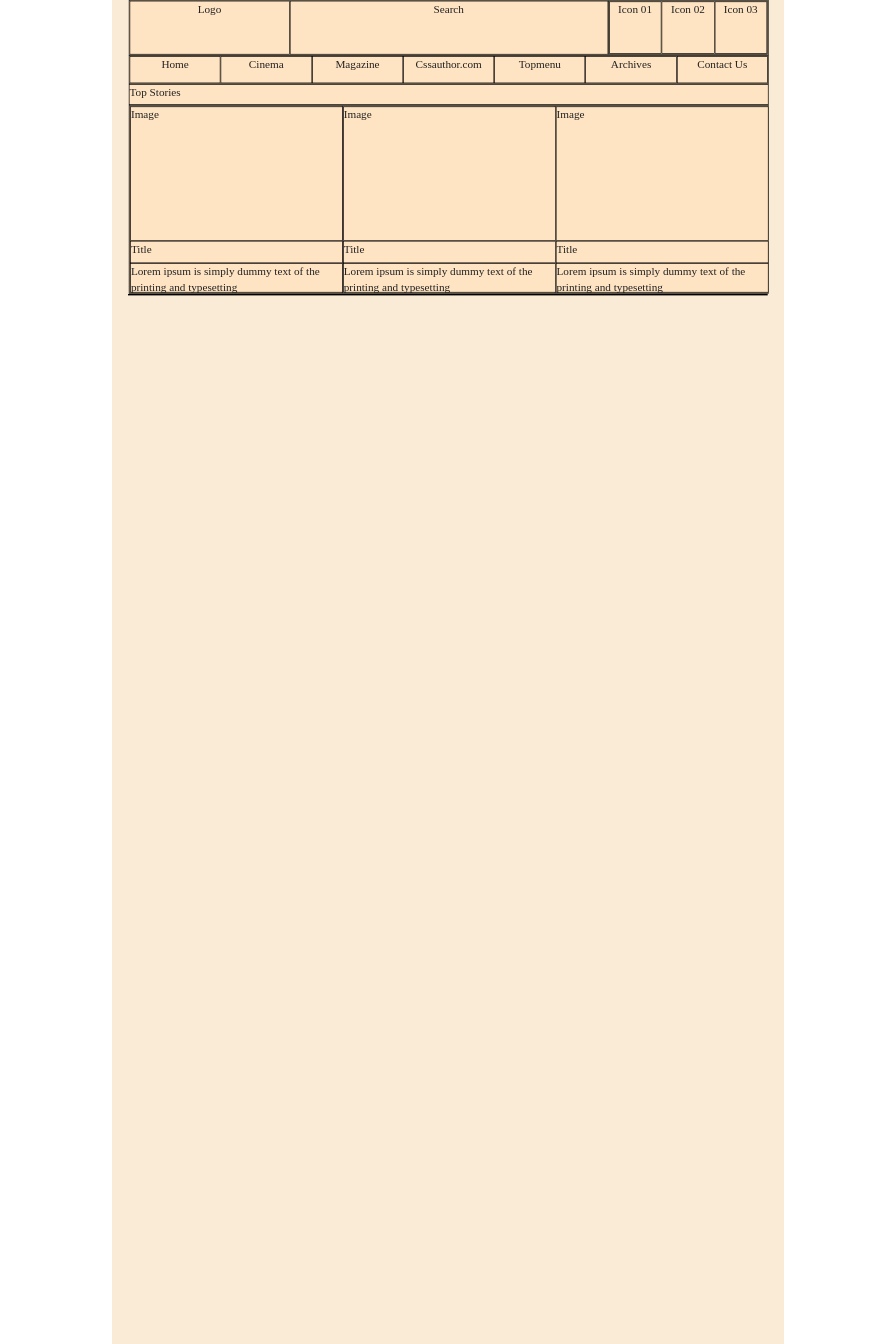
Repository: giovanabirck/cover-magazine-giovanabirck
Page: index.html
An editor plug-in stored every save of this project. The page is shown before and after a run of saves, followed by the edit.
The browser window is 1280 px wide. The pictures show the part of the page from y = 0 to 1920 px (the page is 5000 px tall), at 70% of full size.

Above is the page before, as saved 2023-01-14 11:05:02.

### index.html
<!doctype html>
<html class="no-js" lang="">

<head>
  <meta charset="utf-8">
  <title></title>
  <meta name="description" content="">
  <meta name="viewport" content="width=device-width, initial-scale=1">

  <meta property="og:title" content="">
  <meta property="og:type" content="">
  <meta property="og:url" content="">
  <meta property="og:image" content="">

  <link rel="manifest" href="site.webmanifest">
  <link rel="apple-touch-icon" href="icon.png">
  <!-- Place favicon.ico in the root directory -->

  <link rel="stylesheet" href="css/normalize.css">
  <link rel="stylesheet" href="css/main.css">

  <meta name="theme-color" content="#fafafa">
</head>

<body>

  <div class="main-container">

    <div class="header">
      <div class="header-content">
        <div class="header-content-logo">Logo</div>
        <div class="header-content-search">Search</div>
        <div class="header-content-icons">
          <div class="header-content-icons-un">Icon 01</div>
          <div class="header-content-icons-un">Icon 02</div>
          <div class="header-content-icons-un">Icon 03</div>
        </div>
      </div>
      <div class="header-menu">
        <div class="header-menu-un">Home</div>
        <div class="header-menu-un">Cinema</div>
        <div class="header-menu-un">Magazine</div>
        <div class="header-menu-un">Cssauthor.com</div>
        <div class="header-menu-un">Topmenu</div>
        <div class="header-menu-un">Archives</div>
        <div class="header-menu-un">Contact Us</div>
      </div>
    </div>

    <div class="featured">
      <div class="featured-h1">Top Stories</div>
      <div class="featured-stories">
        <div class="featured-stories-un">
          <div class="featured-stories-un-image">Image</div>
          <div class="featured-stories-un-title">Title</div>
          <div class="featured-stories-un-text">Lorem ipsum is simply dummy text of the printing and typesetting</div>
        </div>
        <div class="featured-stories-un">
          <div class="featured-stories-un-image">Image</div>
          <div class="featured-stories-un-title">Title</div>
          <div class="featured-stories-un-text">Lorem ipsum is simply dummy text of the printing and typesetting</div>
        </div>
        <div class="featured-stories-un">
          <div class="featured-stories-un-image">Image</div>
          <div class="featured-stories-un-title">Title</div>
          <div class="featured-stories-un-text">Lorem ipsum is simply dummy text of the printing and typesetting</div>
        </div>
      </div>
    </div>

    <div class="main">

    </div>



  </div>

  <script src="js/vendor/modernizr-3.11.2.min.js"></script>
  <script src="js/plugins.js"></script>
  <script src="js/main.js"></script>

  <!-- Google Analytics: change UA-XXXXX-Y to be your site's ID. -->
  <script>
    window.ga = function () { ga.q.push(arguments) }; ga.q = []; ga.l = +new Date;
    ga('create', 'UA-XXXXX-Y', 'auto'); ga('set', 'anonymizeIp', true); ga('set', 'transport', 'beacon'); ga('send', 'pageview')
  </script>
  <script src="https://www.google-analytics.com/analytics.js" async></script>
</body>

</html>

### css/main.css
/*! HTML5 Boilerplate v8.0.0 | MIT License | https://html5boilerplate.com/ */

/* main.css 2.1.0 | MIT License | https://github.com/h5bp/main.css#readme */
/*
 * What follows is the result of much research on cross-browser styling.
 * Credit left inline and big thanks to Nicolas Gallagher, Jonathan Neal,
 * Kroc Camen, and the H5BP dev community and team.
 */

/* ==========================================================================
   Base styles: opinionated defaults
   ========================================================================== */

html {
  color: #222;
  font-size: 1em;
  line-height: 1.4;
  margin: 0px 160px 0px 160px;
}

/*
 * Remove text-shadow in selection highlight:
 * https://twitter.com/miketaylr/status/12228805301
 *
 * Vendor-prefixed and regular ::selection selectors cannot be combined:
 * https://stackoverflow.com/a/16982510/7133471
 *
 * Customize the background color to match your design.
 */

::-moz-selection {
  background: #b3d4fc;
  text-shadow: none;
}

::selection {
  background: #b3d4fc;
  text-shadow: none;
}

/*
 * A better looking default horizontal rule
 */

hr {
  display: block;
  height: 1px;
  border: 0;
  border-top: 1px solid #ccc;
  margin: 1em 0;
  padding: 0;
}

/*
 * Remove the gap between audio, canvas, iframes,
 * images, videos and the bottom of their containers:
 * https://github.com/h5bp/html5-boilerplate/issues/440
 */

audio,
canvas,
iframe,
img,
svg,
video {
  vertical-align: middle;
}

/*
 * Remove default fieldset styles.
 */

fieldset {
  border: 0;
  margin: 0;
  padding: 0;
}

/*
 * Allow only vertical resizing of textareas.
 */

textarea {
  resize: vertical;
}

/* ==========================================================================
   Author's custom styles
   ========================================================================== */

/* ==========================================================================
   Helper classes
   ========================================================================== */

/*
 * Hide visually and from screen readers
 */

.hidden,
[hidden] {
  display: none !important;
}

/*
 * Hide only visually, but have it available for screen readers:
 * https://snook.ca/archives/html_and_css/hiding-content-for-accessibility
 *
 * 1. For long content, line feeds are not interpreted as spaces and small width
 *    causes content to wrap 1 word per line:
 *    https://medium.com/@jessebeach/beware-smushed-off-screen-accessible-text-5952a4c2cbfe
 */

.sr-only {
  border: 0;
  clip: rect(0, 0, 0, 0);
  height: 1px;
  margin: -1px;
  overflow: hidden;
  padding: 0;
  position: absolute;
  white-space: nowrap;
  width: 1px;
  /* 1 */
}

/*
 * Extends the .sr-only class to allow the element
 * to be focusable when navigated to via the keyboard:
 * https://www.drupal.org/node/897638
 */

.sr-only.focusable:active,
.sr-only.focusable:focus {
  clip: auto;
  height: auto;
  margin: 0;
  overflow: visible;
  position: static;
  white-space: inherit;
  width: auto;
}

/*
 * Hide visually and from screen readers, but maintain layout
 */

.invisible {
  visibility: hidden;
}

/*
 * Clearfix: contain floats
 *
 * For modern browsers
 * 1. The space content is one way to avoid an Opera bug when the
 *    `contenteditable` attribute is included anywhere else in the document.
 *    Otherwise it causes space to appear at the top and bottom of elements
 *    that receive the `clearfix` class.
 * 2. The use of `table` rather than `block` is only necessary if using
 *    `:before` to contain the top-margins of child elements.
 */

.clearfix::before,
.clearfix::after {
  content: " ";
  display: table;
}

.clearfix::after {
  clear: both;
}

/* ==========================================================================
   EXAMPLE Media Queries for Responsive Design.
   These examples override the primary ('mobile first') styles.
   Modify as content requires.
   ========================================================================== */

@media only screen and (min-width: 35em) {
  /* Style adjustments for viewports that meet the condition */
}

@media print,
  (-webkit-min-device-pixel-ratio: 1.25),
  (min-resolution: 1.25dppx),
  (min-resolution: 120dpi) {
  /* Style adjustments for high resolution devices */
}

/* ==========================================================================
   Print styles.
   Inlined to avoid the additional HTTP request:
   https://www.phpied.com/delay-loading-your-print-css/
   ========================================================================== */

@media print {
  *,
  *::before,
  *::after {
    background: #fff !important;
    color: #000 !important;
    /* Black prints faster */
    box-shadow: none !important;
    text-shadow: none !important;
  }

  a,
  a:visited {
    text-decoration: underline;
  }

  a[href]::after {
    content: " (" attr(href) ")";
  }

  abbr[title]::after {
    content: " (" attr(title) ")";
  }

  /*
   * Don't show links that are fragment identifiers,
   * or use the `javascript:` pseudo protocol
   */
  a[href^="#"]::after,
  a[href^="javascript:"]::after {
    content: "";
  }

  pre {
    white-space: pre-wrap !important;
  }

  pre,
  blockquote {
    border: 1px solid #999;
    page-break-inside: avoid;
  }

  /*
   * Printing Tables:
   * https://web.archive.org/web/20180815150934/http://css-discuss.incutio.com/wiki/Printing_Tables
   */
  thead {
    display: table-header-group;
  }

  tr,
  img {
    page-break-inside: avoid;
  }

  p,
  h2,
  h3 {
    orphans: 3;
    widows: 3;
  }

  h2,
  h3 {
    page-break-after: avoid;
  }
}

.main-container{
  background-color: antiquewhite;
  width: 100%;
  height: 5000px;
  display: flex;
  flex-direction: column;
  align-items: center;
}

.header {
  width: 95%;
  height: 120px;
  display: flex;
  flex-direction: column;
  justify-content: center;
}

.header-content{
  background-color: bisque;
  border: solid 1px black;
  width: 100%;
  height: 80px;
  display: flex;
}

.header-content-logo{
  background-color: bisque;
  border: solid 1px black;
  width: 33%;
  text-align: center;
}

.header-content-search{
  background-color: bisque;
  border: solid 1px black;
  width: 66%;
  text-align: center;
}

.header-content-icons{
  background-color: bisque;
  border: solid 1px black;
  width: 33%;
  text-align: center;
  display: flex;
}

.header-content-icons-un{
  background-color: bisque;
  border: solid 1px black;
  width: 100%;
  text-align: center;
}

.header-menu{
  background-color: bisque;
  border: solid 1px black;
  width: 100%;
  height: 40px;
  text-align: center;
  display: flex;
}

.header-menu-un{
  background-color: bisque;
  border: solid 1px black;
  width: 100%;
  text-align: center;
}

.featured{
  width: 95%;
  height: 300px;
  display: flex;
  flex-direction: column;
}

.featured-h1{
  background-color: bisque;
  border: solid 1px black;
  width: 100%;
  height: 40px;
}

.featured-stories{
  background-color: bisque;
  border: solid 1px black;
  width: 100%;
  height: 300px;
  display: flex;
}

.featured-stories-un{
  background-color: bisque;
  border: solid 1px black;
  width: 100%;
}

.featured-stories-un-image{
  background-color: bisque;
  border: solid 1px black;
  width: 100%;
  height: 190px;
}

.featured-stories-un-title{
  background-color: bisque;
  border: solid 1px black;
  width: 100%;
  height: 30px;
}

.featured-stories-un-text{
  background-color: bisque;
  border: solid 1px black;
  width: 100%;
  height: 40px;
}

.main{
  background-color: bisque;
  border: solid 1px black;
  width: 95%;
}

### js/plugins.js
// Avoid `console` errors in browsers that lack a console.
(function() {
  var method;
  var noop = function () {};
  var methods = [
    'assert', 'clear', 'count', 'debug', 'dir', 'dirxml', 'error',
    'exception', 'group', 'groupCollapsed', 'groupEnd', 'info', 'log',
    'markTimeline', 'profile', 'profileEnd', 'table', 'time', 'timeEnd',
    'timeline', 'timelineEnd', 'timeStamp', 'trace', 'warn'
  ];
  var length = methods.length;
  var console = (window.console = window.console || {});

  while (length--) {
    method = methods[length];

    // Only stub undefined methods.
    if (!console[method]) {
      console[method] = noop;
    }
  }
}());

// Place any jQuery/helper plugins in here.

Loaded but not shown: css/normalize.css (library); js/vendor/modernizr-3.11.2.min.js (library); js/main.js (no stored copy; drawn as an empty file)

After the next 3 saves:
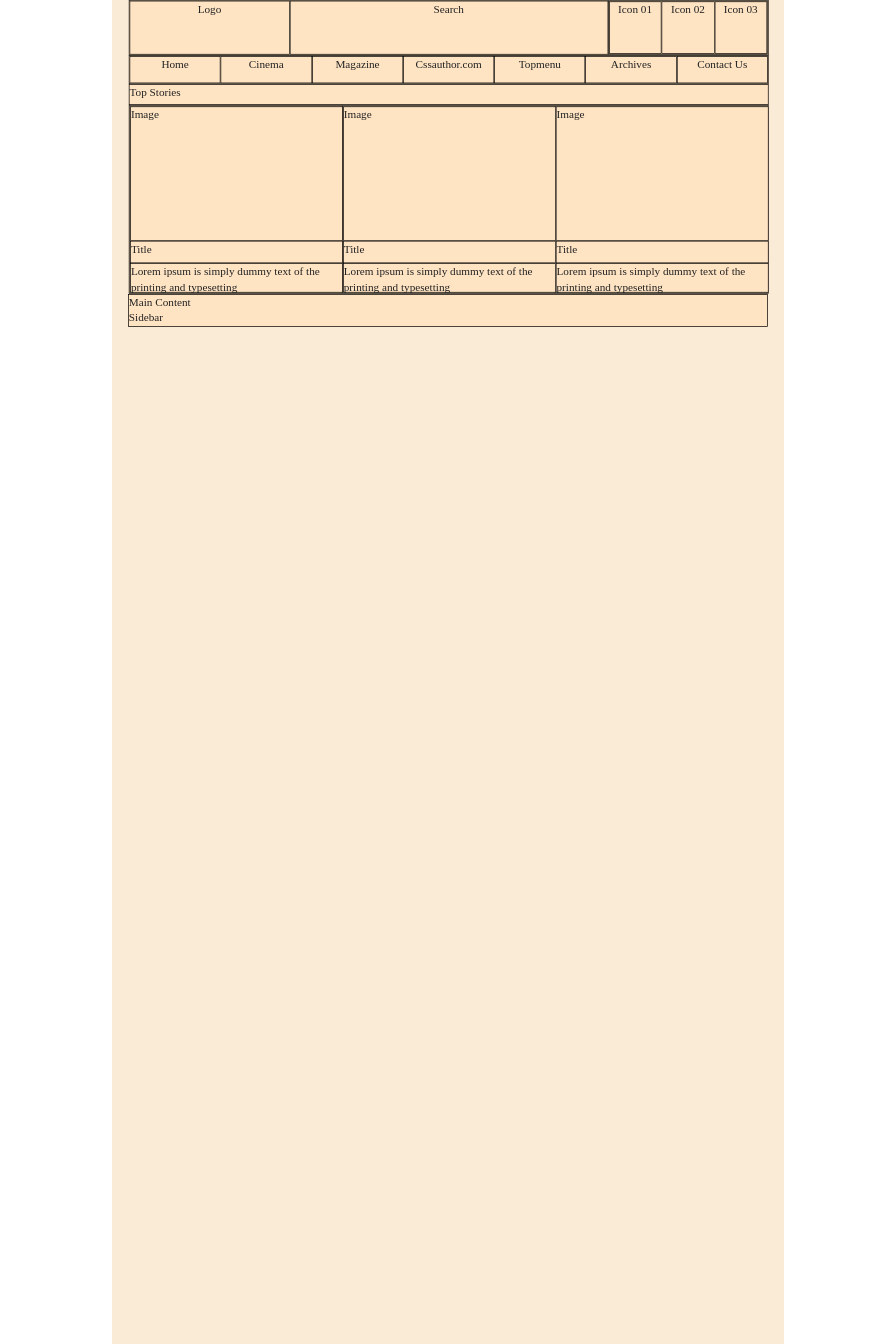
The 3 saves are shown as one change because they came seconds apart.
The last was saved 10 s later.
--- a/index.html
+++ b/index.html
@@ -69,7 +69,8 @@
     </div>
 
     <div class="main">
-
+      <div>Main Content</div>
+      <div>Sidebar</div>
     </div>
 
 
